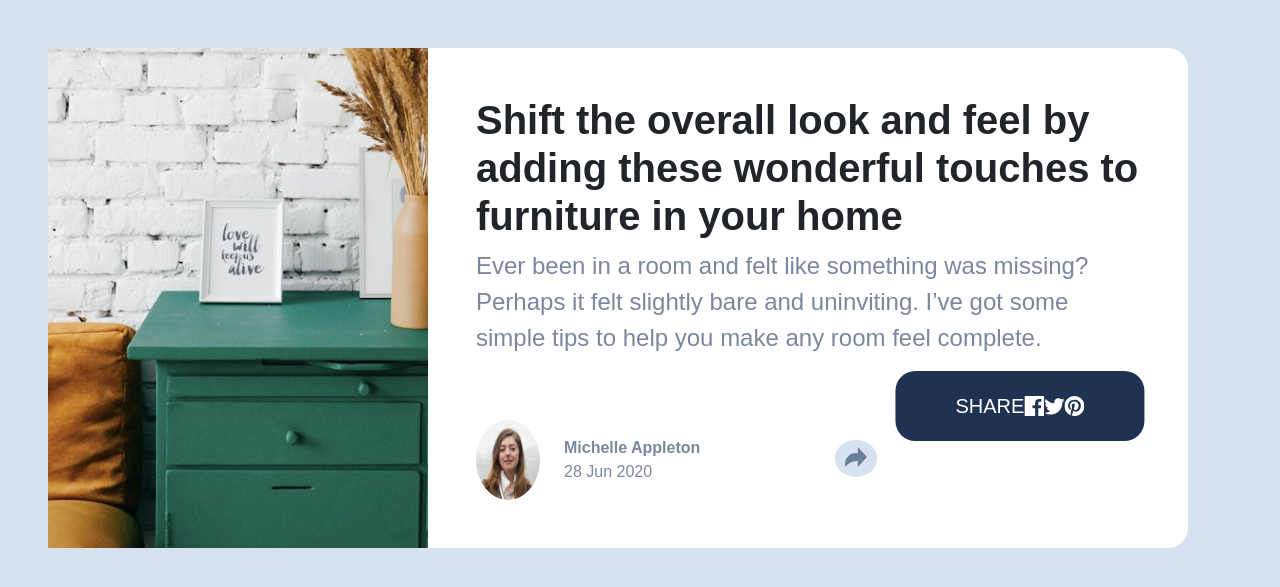
Repository: blordeus/article-preview-component
Page: index.html
An editor plug-in stored every save of this project. The page is shown before and after a run of saves, followed by the edit.
The browser window is 1280 px wide. The pictures show the whole page.

Above is the page before, as saved 2024-05-17 17:30:24.

After the next 2 saves:
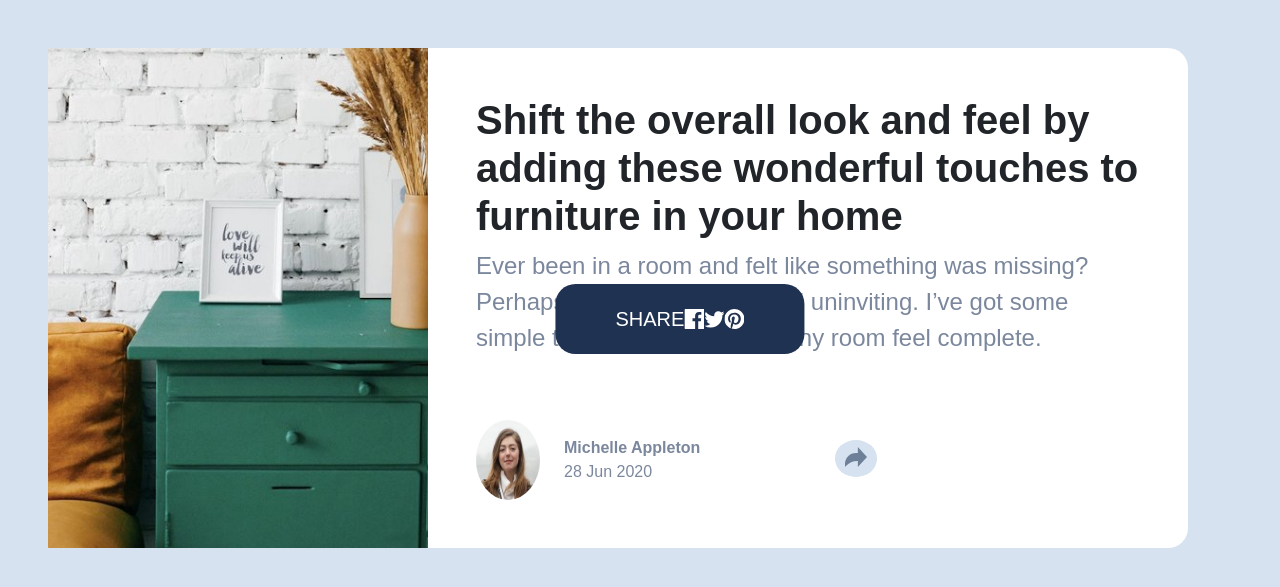
The 2 saves are shown as one change because they came seconds apart.
The last was saved 21 s later.
--- a/index.html
+++ b/index.html
@@ -35,7 +35,7 @@
             </div>
           </div>
           <div class="col my-auto">
-            <div class="position-relative">
+            <div>
               <div class="d-flex justify-content-evenly align-items-center popup">
                 <p class="popup-text mt-3">SHARE</p>
                   <img id="facebook" src="./images/icon-facebook.svg" alt="facebook">
